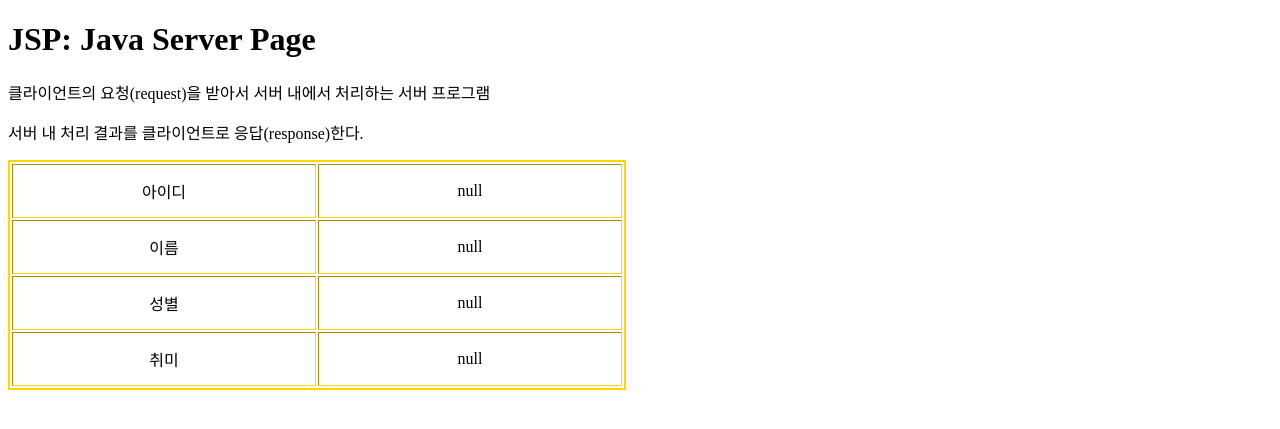
Repository: choidazzi/DDIT
Page: http://localhost/webpro/0424/입력처리3.jsp
An editor plug-in stored every save of this project. The page is shown before and after the next save, followed by the edit.
The browser window is 1280 px wide. The pictures show the whole page.
The page is served by Tomcat 9.

Above is the page before, as saved 2023-04-24 01:30:33.

After the next save:
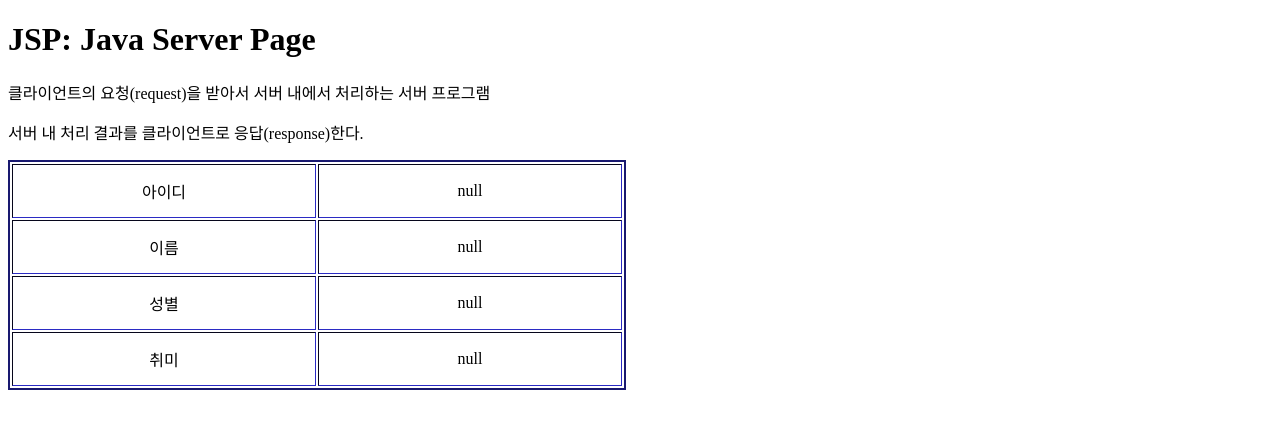
Saved 58 s later.
--- a/web programming/html/webpro/src/main/webapp/0424/입력처리3.jsp
+++ b/web programming/html/webpro/src/main/webapp/0424/입력처리3.jsp
@@ -7,7 +7,7 @@
 <title>Insert title here</title>
 <style>
 table {
-	border: 2px solid gold;
+	border: 2px solid midnightblue;
 }
 
 td {
